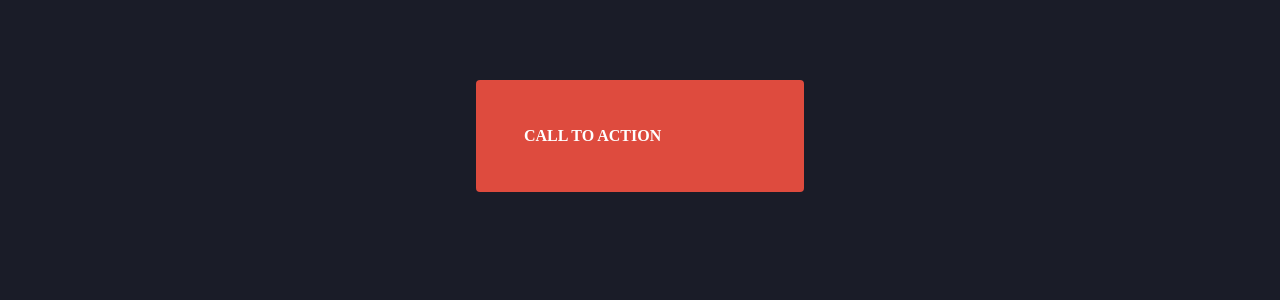
Repository: fdhhhdjd/React-Witth-Framer-Motion
Page: /
An editor plug-in stored every save of this project. The page is shown before and after the next save, followed by the edit.
The browser window is 1280 px wide. The pictures show the whole page.
The project was rebuilt for these pictures with package versions that can differ from the ones it lists, and the page was loaded fresh each time. Also part of the build but not shown: src/App.css, src/Component/ChooseImg/ChooseImg.js.

Above is the page before, as saved 2021-10-11 20:23:36.

After the next save:
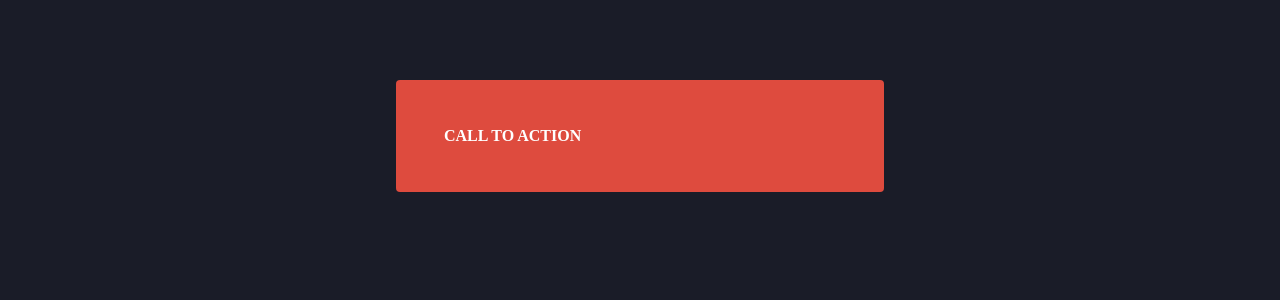
Saved 8 s later.
--- a/src/Page/Dropdown/Dropdown.css
+++ b/src/Page/Dropdown/Dropdown.css
@@ -12,7 +12,7 @@ html {
   }
   .dropdown {
     width: 100%;
-    max-width: 20.5rem;
+    max-width: 30.5rem;
     margin: 5rem auto;
     position: relative;
     color: white;
